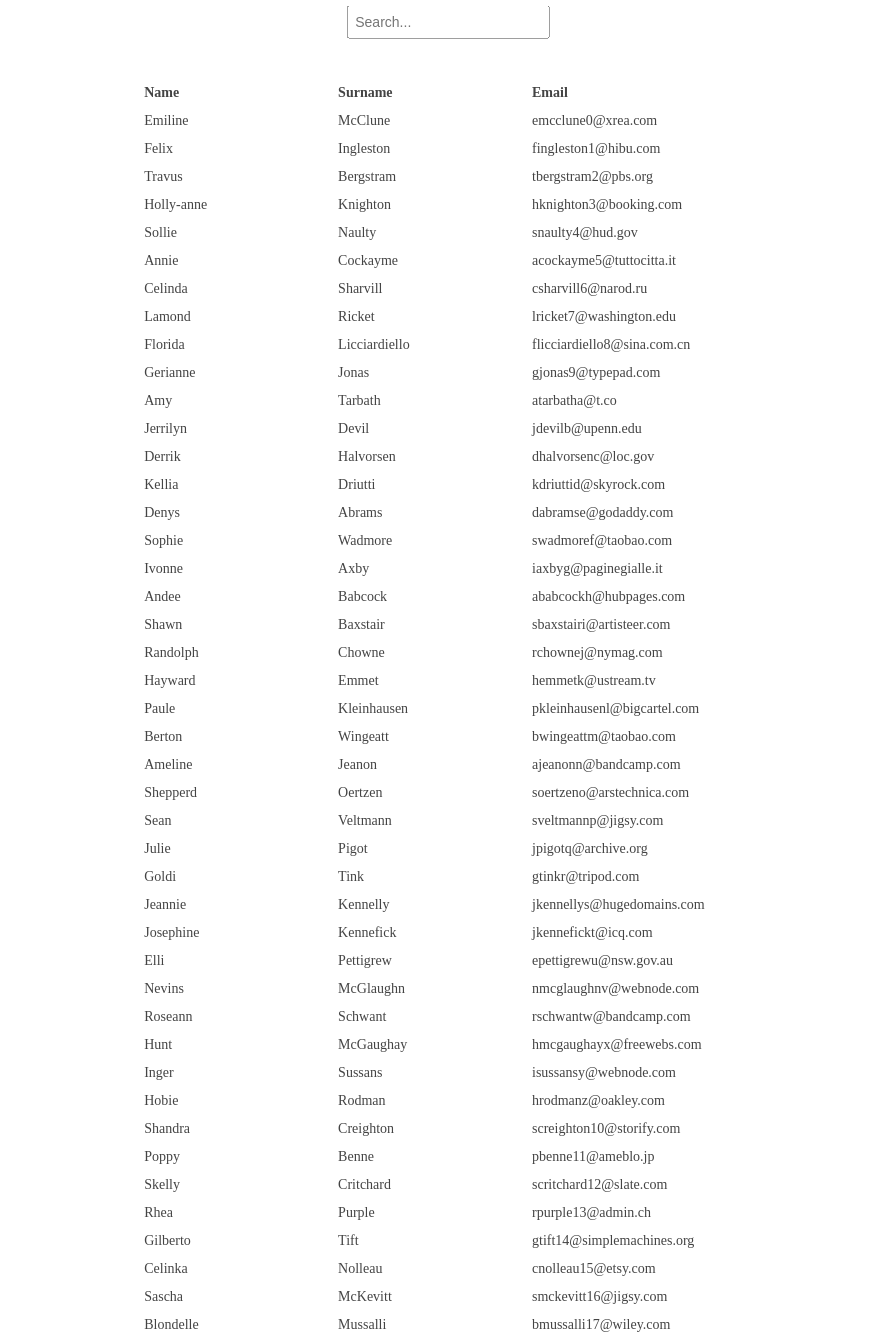
Repository: Omk1/RUStudy
Page: /
An editor plug-in stored every save of this project. The page is shown before and after the next save, followed by the edit.
The browser window is 1280 px wide. The pictures show the part of the page from y = 0 to 1920 px (the page is 40218 px tall before and 40239 px after), at 70% of full size.
Some web libraries are served in a nearby version. The project was rebuilt for these pictures with package versions that can differ from the ones it lists, and the page was loaded fresh each time. Imported but missing from the stored project, and not drawn on this page: src/uid.

Above is the page before, as saved 2023-10-08 01:58:26.

After the next save:
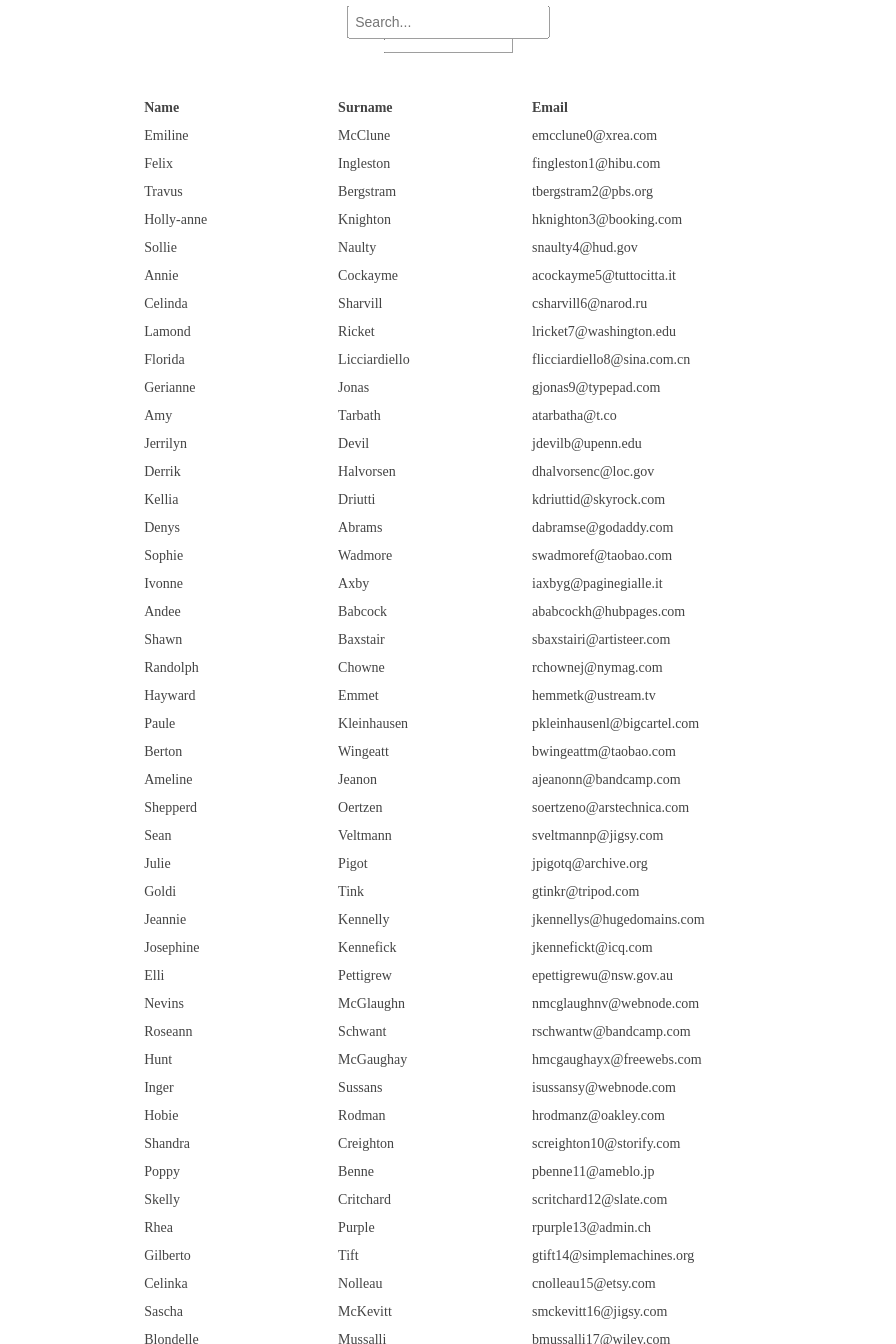
Saved 3 min 22 s later.
--- a/src/App.js
+++ b/src/App.js
@@ -8,14 +8,19 @@ import {uid} from './uid';
 
 function App() {
   const [query, setQuery] = useState("");
+  const [bro, setBro] = useState("");
   const keys = ["first_name", "last_name", "email"];
 
   const writeToDatabase = () => {
     const uuid = uid();
     set(ref(db, '/${uuid}'), {
-      thing,
+      bro,
       uuid,
     });
+  }
+
+  const handleToChange = (e) => {
+    setBro(e.target.value);
   }
 
   const search = (data) => {
@@ -31,6 +36,9 @@ function App() {
       placeholder="Search..."
       className="search"
       onChange={e=> setQuery(e.target.value.toLowerCase())}/>
+
+      <input type="text" value={bro} onChange={handleToChange}></input>
+
       <Table data={search(Users)}/>
     </div>
   );
